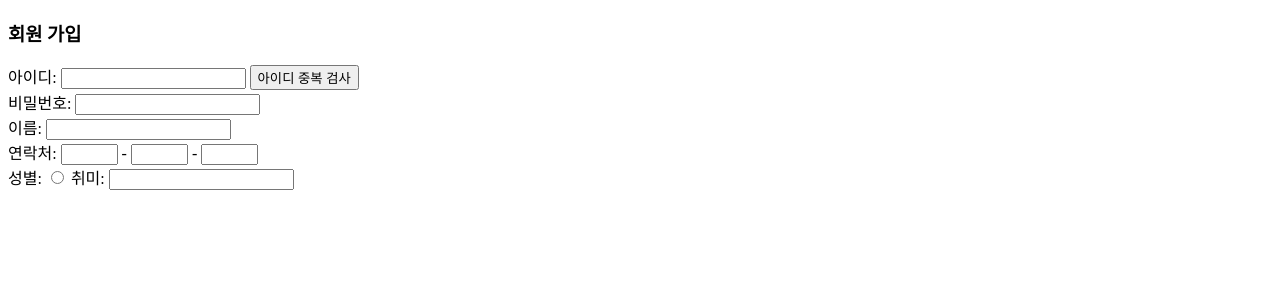
Repository: SJM7301/KH-JSP
Page: http://localhost/JSPBook/ch06/form04.jsp
The author's editor kept a copy of each file at every save. The page is drawn from the files as they stood at one save, then again after the next save.
The browser window is 1280 px wide. The pictures show the whole page.
The page is served by Tomcat 10.

Above is the page before, as saved 2025-02-05 00:33:41.

After the next save:
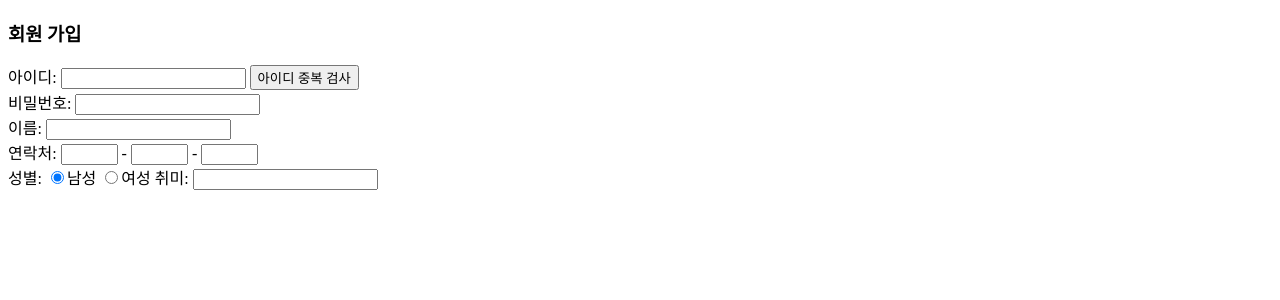
Saved 69 s later.
--- a/JSPBook/src/main/webapp/ch06/form04.jsp
+++ b/JSPBook/src/main/webapp/ch06/form04.jsp
@@ -16,7 +16,8 @@
 			연락처: <input type="text" maxlength="4" size="4" name="phone1">
 				- <input type="text" maxlength="4" size="4" name="phone2">
 				- <input type="text" maxlength="4" size="4" name="phone3"> <br>
-			성별: <input type="radio" name="sex" value="">
+			성별: <input type="radio" name="sex" value="남성" checked>남성
+				<input type="radio" name="sex" value="여성">여성
 			취미: <input type="text">
 
 		</p>
